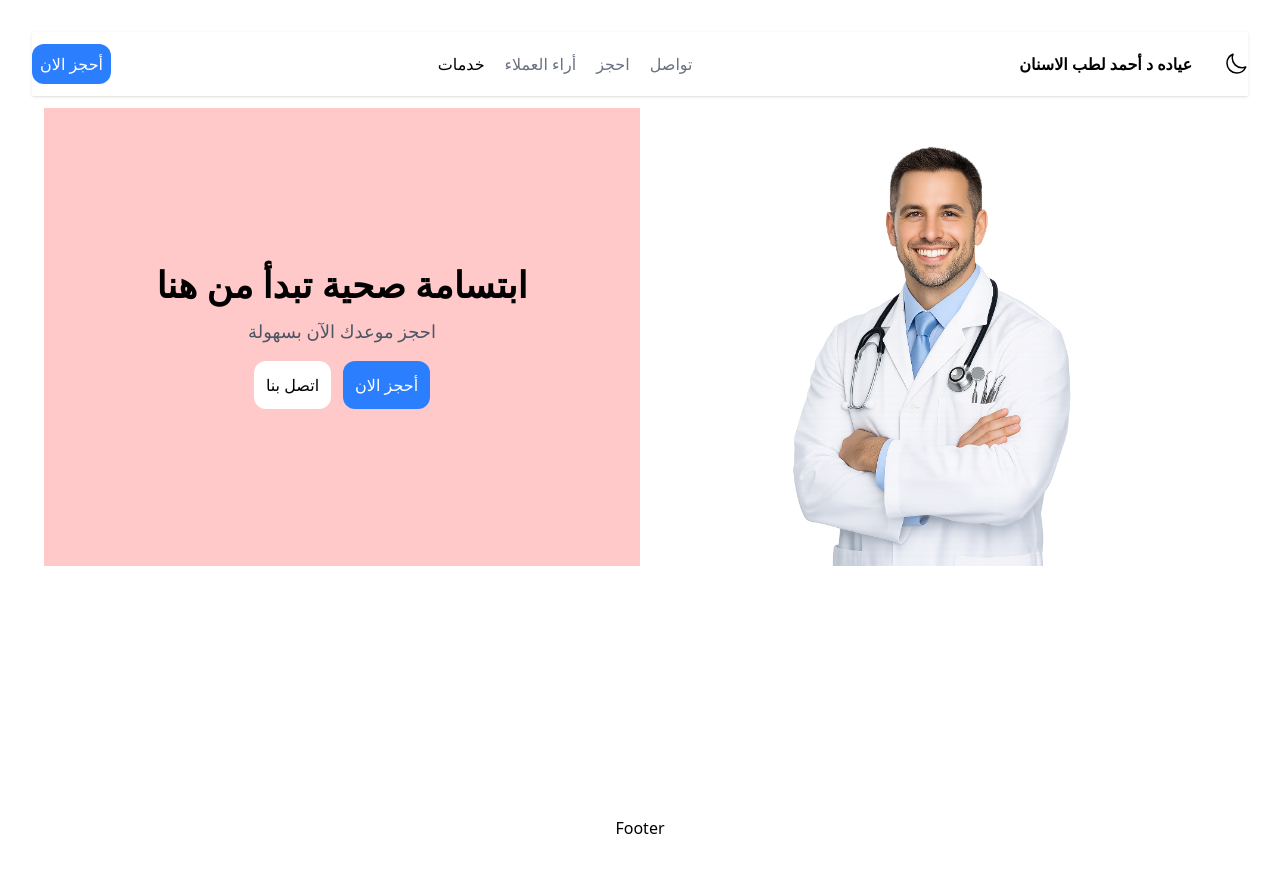
Repository: mohamedehab23-pro/clinic
Page: /
An editor plug-in stored every save of this project. The page is shown before and after the next save, followed by the edit.
The browser window is 1280 px wide. The pictures show the whole page.
The project was rebuilt for these pictures with package versions that can differ from the ones it lists, and the page was loaded fresh each time. Also part of the build but not shown: vite.config.js, src/Pages/AboutPage.jsx, src/Pages/ContactPage.jsx, src/Pages/NotFound.jsx, src/Components/Child.jsx, src/Components/Parent.jsx.

Above is the page before, as saved 2026-02-22 14:21:03.

### index.html
<!doctype html>
<html lang="en">
  <head>
    <meta charset="UTF-8" />
    <link rel="icon" type="image/svg+xml" href="/vite.svg" />
    <meta name="viewport" content="width=device-width, initial-scale=1.0" />
    <title>project1</title>
  </head>
  <body>
    <div id="root"></div>
    <script type="module" src="/src/main.jsx"></script>
  </body>
</html>

### src/index.css
@import "tailwindcss";
@custom-variant dark (&:where(.dark, .dark *));


.active{
    @apply text-black dark:text-white
}

### src/App.jsx
import { useState } from 'react'
import HeroPage from '../src/Pages/HeroPage'
import './App.css'
import { createBrowserRouter, RouterProvider } from 'react-router'
import MainLayout from './Layouts/MainLayout'
import AboutPage from './Pages/AboutPage'
import ContactPage from './Pages/ContactPage'
import NotFound from './Pages/NotFound'
import Parent from './Components/Parent'


const x=createBrowserRouter([
  {path:'',element:<MainLayout/>,children:[
    {index:true,element:<HeroPage/>},
    {path:'/about',element:<AboutPage/>},
    {path:'/contact',element:<ContactPage/>},
    {path:'*',element:<NotFound/>}
  ]}
])

function App() {

  return (
    <>
    {/* <Parent/> */}

     <RouterProvider router={x}/>
    </>
  )
}

export default App

### src/Pages/HeroPage.jsx
import React from 'react'
import sora from '../assets/dentist.png'
import Button from '../Components/Button'
export default function HomePage() {
  return (
    <div className='dark:bg-gray-800 min-h-screen p-3'>
      <div className='flex justify-around'>
<div className='bg-red-200 w-full flex flex-col justify-center text-center '>
<h2 className='text-4xl font-extrabold '>ابتسامة صحية تبدأ من هنا</h2>
<p className='text-gray-600 pt-3 text-lg'>احجز موعدك الآن بسهولة</p>
  <div className='flex gap-3 justify-center mt-4'>
      <Button padding={'p-3'} bg={'bg-white '} color={'text-black'} text={'اتصل بنا'}/>

  <Button bg={'bg-blue-500'} padding={'p-3'} hover={'hover:bg-blue-600'} color={'text-white'} text={'أحجز الان'}/>
  </div>


</div>
<div className=' w-full flex justify-center items-center'>
 <img src={sora} alt="doctor" className='w-[50%] ' />
</div>
      </div>



    </div>
  )
}

### src/Layouts/MainLayout.jsx
import React, { useState } from 'react'
import Navbar from '../Components/Navbar'
import Footer from '../Components/Footer'
import { Outlet } from 'react-router'

export default function MainLayout() {
  const [darkMode, setDarkMode] = useState(false)
  return (
    <>
    <div className={`${darkMode? 'dark':''}  dark:text-white`}>
      <Navbar darkMode={darkMode} setDarkMode={setDarkMode}/>
    <Outlet />
    <Footer/>
    </div>
    </>
  )
}

### src/Components/Button.jsx
import React from 'react'
import { Link } from 'react-router'

export default function Button({bg,hover,text,color,padding }) {
  return (
   <>
   <button className={`${padding} rounded-xl ${bg} ${hover} ${color} `}><Link to={'/'}>{text}</Link></button>
   </>
  )
}

### src/Components/Navbar.jsx
import React, { useState } from 'react'
import { Link, NavLink } from 'react-router'
import Button from './Button'

export default function Navbar({setDarkMode,darkMode}) {
  const [navToggle, setNavToggle] = useState(false)
  return (
    <div className='py-3 shadow sticky top-0 w-full dark:bg-gray-700 bg-white/50'>
<div className="container px-3 lg:p-0 mx-auto flex items-center justify-between">
<div>
  <Button bg={'bg-blue-500'} padding={'p-2'} hover={'hover:bg-blue-600'} color={'text-white'} text={'أحجز الان'}/>
</div>
<div>
  <ul className='lg:flex dark:text-white/50 gap-5 hidden'>
    <li className='text-gray-500'><NavLink to={''}>خدمات</NavLink></li>
    <li className='text-gray-500'><NavLink to={'/about'}>أراء العملاء</NavLink></li>
    <li className='text-gray-500'><NavLink to={'/contact'}>احجز</NavLink></li>
    <li className='text-gray-500'><NavLink to={'ertyuj'}>تواصل</NavLink></li>
  </ul>
</div>
<div className='flex gap-8'>
  <Link to={''} className=' font-bold'>عياده د أحمد لطب الاسنان</Link>
  {darkMode?<svg xmlns="http://www.w3.org/2000/svg"
onClick={()=>setDarkMode(!darkMode)}
fill="none" viewBox="0 0 24 24" strokeWidth={1.5} stroke="currentColor" className="cursor-pointer size-6">
  <path strokeLinecap="round" strokeLinejoin="round" d="M12 3v2.25m6.364.386-1.591 1.591M21 12h-2.25m-.386 6.364-1.591-1.591M12 18.75V21m-4.773-4.227-1.591 1.591M5.25 12H3m4.227-4.773L5.636 5.636M15.75 12a3.75 3.75 0 1 1-7.5 0 3.75 3.75 0 0 1 7.5 0Z" />
</svg>:<svg xmlns="http://www.w3.org/2000/svg" fill="none"
onClick={()=>setDarkMode(!darkMode)}
viewBox="0 0 24 24" strokeWidth={1.5} stroke="currentColor" className="cursor-pointer size-6">
  <path strokeLinecap="round" strokeLinejoin="round" d="M21.752 15.002A9.72 9.72 0 0 1 18 15.75c-5.385 0-9.75-4.365-9.75-9.75 0-1.33.266-2.597.748-3.752A9.753 9.753 0 0 0 3 11.25C3 16.635 7.365 21 12.75 21a9.753 9.753 0 0 0 9.002-5.998Z" />
</svg>}
</div>
<div className='lg:hidden'>
  <svg xmlns="http://www.w3.org/2000/svg" onClick={()=>setNavToggle(!navToggle)} fill="none" viewBox="0 0 24 24" strokeWidth={1.5} stroke="currentColor" className="cursor-pointer size-6">
  <path strokeLinecap="round" strokeLinejoin="round" d="M3.75 6.75h16.5M3.75 12h16.5m-16.5 5.25h16.5" />
</svg>


</div>



</div>
{navToggle && <ul className='pt-3 text-end px-3'>
    <li className='text-gray-500'><NavLink to={''}>خدمات</NavLink></li>
    <li className='text-gray-500'><NavLink to={'/about'}>أراء العملاء</NavLink></li>
    <li className='text-gray-500'><NavLink to={'/contact'}>احجز</NavLink></li>
    <li className='text-gray-500'><NavLink to={'ertyuj'}>تواصل</NavLink></li>
  </ul>}


    </div>
  )
}

Loaded but not shown: src/main.jsx (common file); src/App.css (common file); src/Components/Footer.jsx (common file)

After the next save:
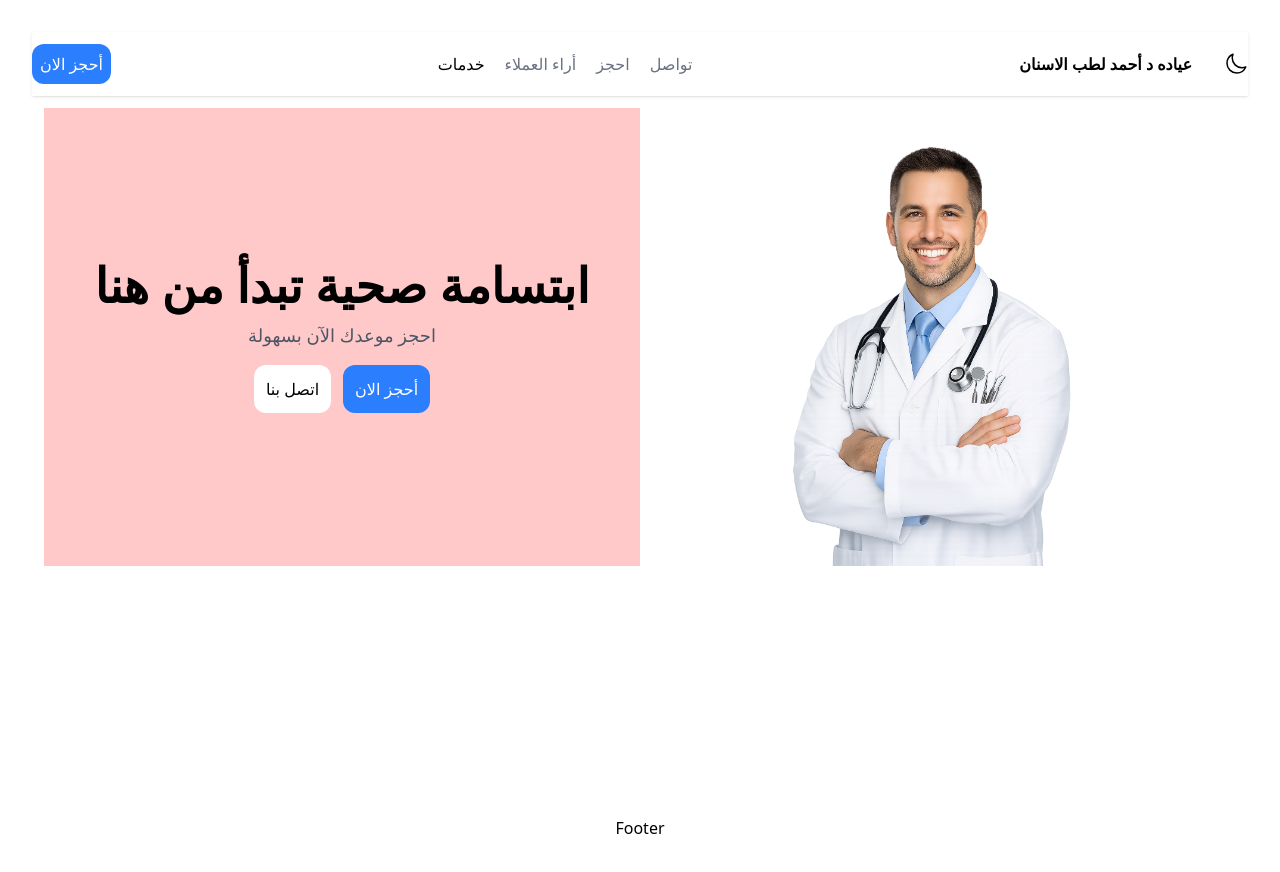
Saved 7 s later.
--- a/src/Pages/HeroPage.jsx
+++ b/src/Pages/HeroPage.jsx
@@ -6,7 +6,7 @@ export default function HomePage() {
     <div className='dark:bg-gray-800 min-h-screen p-3'>
       <div className='flex justify-around'>
 <div className='bg-red-200 w-full flex flex-col justify-center text-center '>
-<h2 className='text-4xl font-extrabold '>ابتسامة صحية تبدأ من هنا</h2>
+<h2 className='text-5xl font-extrabold '>ابتسامة صحية تبدأ من هنا</h2>
 <p className='text-gray-600 pt-3 text-lg'>احجز موعدك الآن بسهولة</p>
   <div className='flex gap-3 justify-center mt-4'>
       <Button padding={'p-3'} bg={'bg-white '} color={'text-black'} text={'اتصل بنا'}/>
